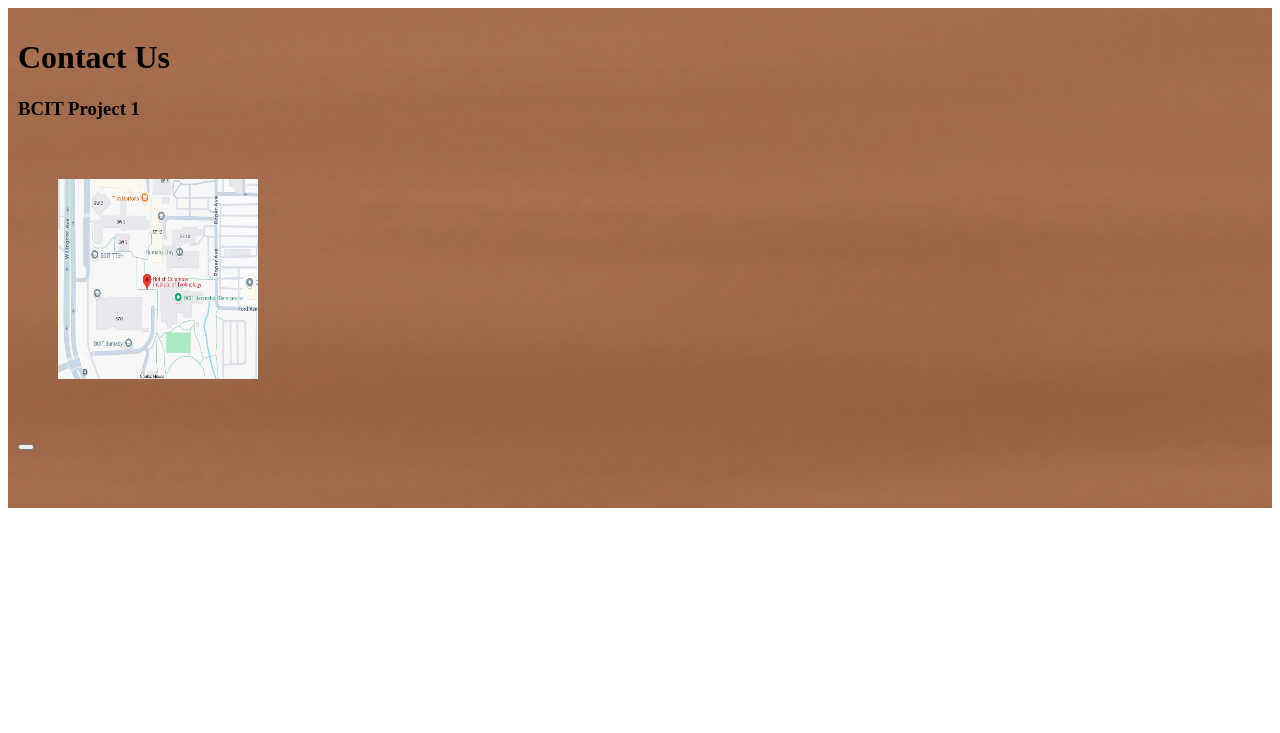
Repository: AlyssaHug/Bandit-Breakout
Page: index.html
An editor plug-in stored every save of this project. The page is shown before and after the next save, followed by the edit.
The browser window is 1280 px wide. The pictures show the whole page.
Some web fonts or font styles are not loaded; a fallback is used.

Above is the page before, as saved 2025-05-06 23:01:48.

### index.html
<!DOCTYPE html>
<html lang="en">
    <head>
        <meta charset="UTF-8" />
        <meta
            name="viewport"
            content="width=device-width, initial-scale=1.0" />
        <link
            rel="stylesheet"
            href="styles.css" />
        <title>Bandit Breakout</title>
    </head>
    <body>
        <header></header>
        <main>
            <div class="download-now"></div>
            <div class="Contact-us-apps"></div>
        </main>
        <footer>
            <div class="Contact-us">
                <h1>Contact Us</h1>
                <h3>BCIT Project 1</h3>
                <img
                    class="bcit-map"
                    src="img/BCIT.png"
                    alt="BCIT Map" />
            </div>
            <div class="feedback">
                <button
                    type="text"
                    placeholder="Feedback"
                    class="feedback-button"></button>
            </div>
        </footer>
    </body>
</html>

### styles.css
@import url("https://fonts.googleapis.com/css2?family=Wellfleet&display=swap");

@font-face {
    font-family: "Western Bang Bang";
    src: url("fonts/WesternBangBang.ttf") format("truetype");
    font-weight: normal;
    font-style: normal;
}

:root {
    /* Font Families */
    --font-western: "Western Bang Bang", sans-serif;
    --font-wellfleet: "Wellfleet", serif;

    /* Font Sizes */
    --font-size-h1: 48px;
    --font-size-h2: 36px;
    --font-size-h3: 32px;
    --font-size-h4: 24px;
    --font-size-body: 14px;
    --font-size-caption: 11px;
}
.bcit-map {
    width: 200px;
    height: 200px;
    padding: 40px;
}
.Contact-us {
    padding: 10px 0 0 10px;
}
footer {
    background-image: url("img/board.png");
    background-size: 200% auto;
    background-repeat: no-repeat;
    background-position: center;
    min-height: 500px;
    height: 500px;
    width: 100%;
    margin: 0;
    padding: 0;
}
.feedback {
    padding: 10px 0 0 10px;
    width: 300px;
    height: 300px;
}

After the next save:
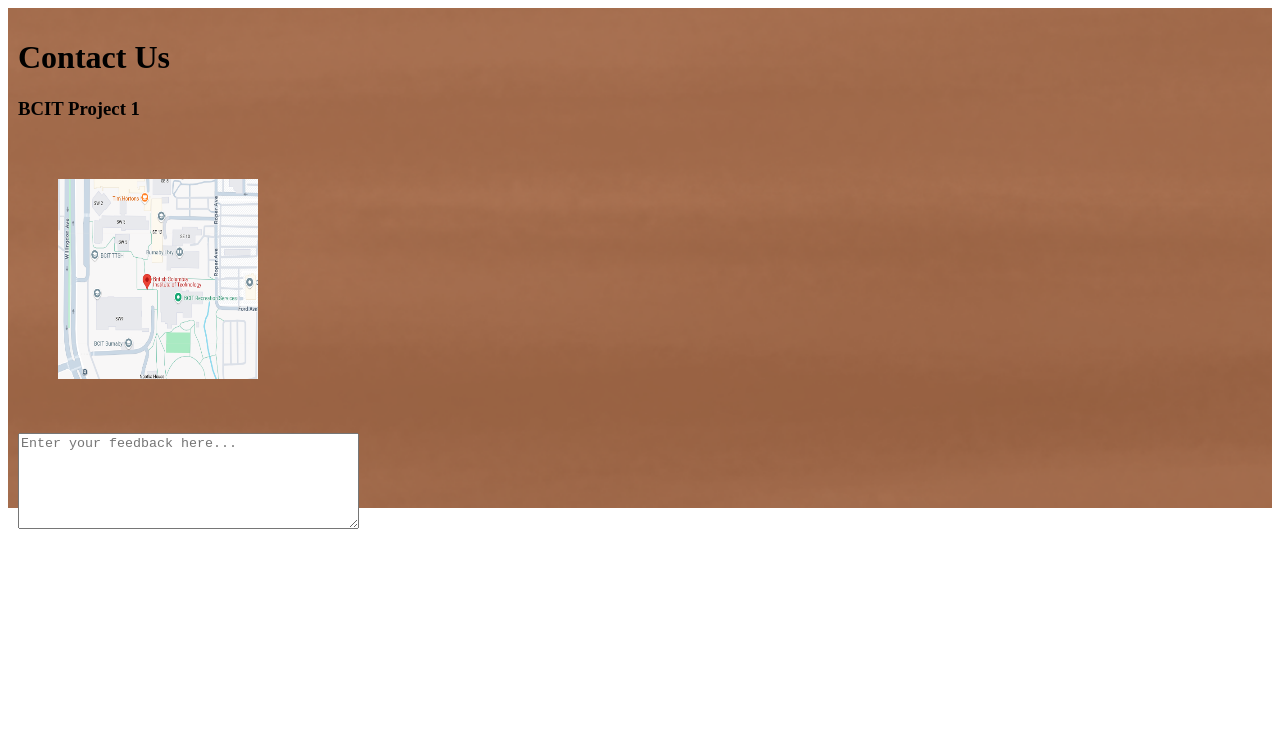
Saved 13 s later.
--- a/index.html
+++ b/index.html
@@ -26,10 +26,11 @@
                     alt="BCIT Map" />
             </div>
             <div class="feedback">
-                <button
-                    type="text"
-                    placeholder="Feedback"
-                    class="feedback-button"></button>
+                <textarea
+                    class="feedback-text"
+                    placeholder="Enter your feedback here..."
+                    rows="6"
+                    cols="40"></textarea>
             </div>
         </footer>
     </body>
